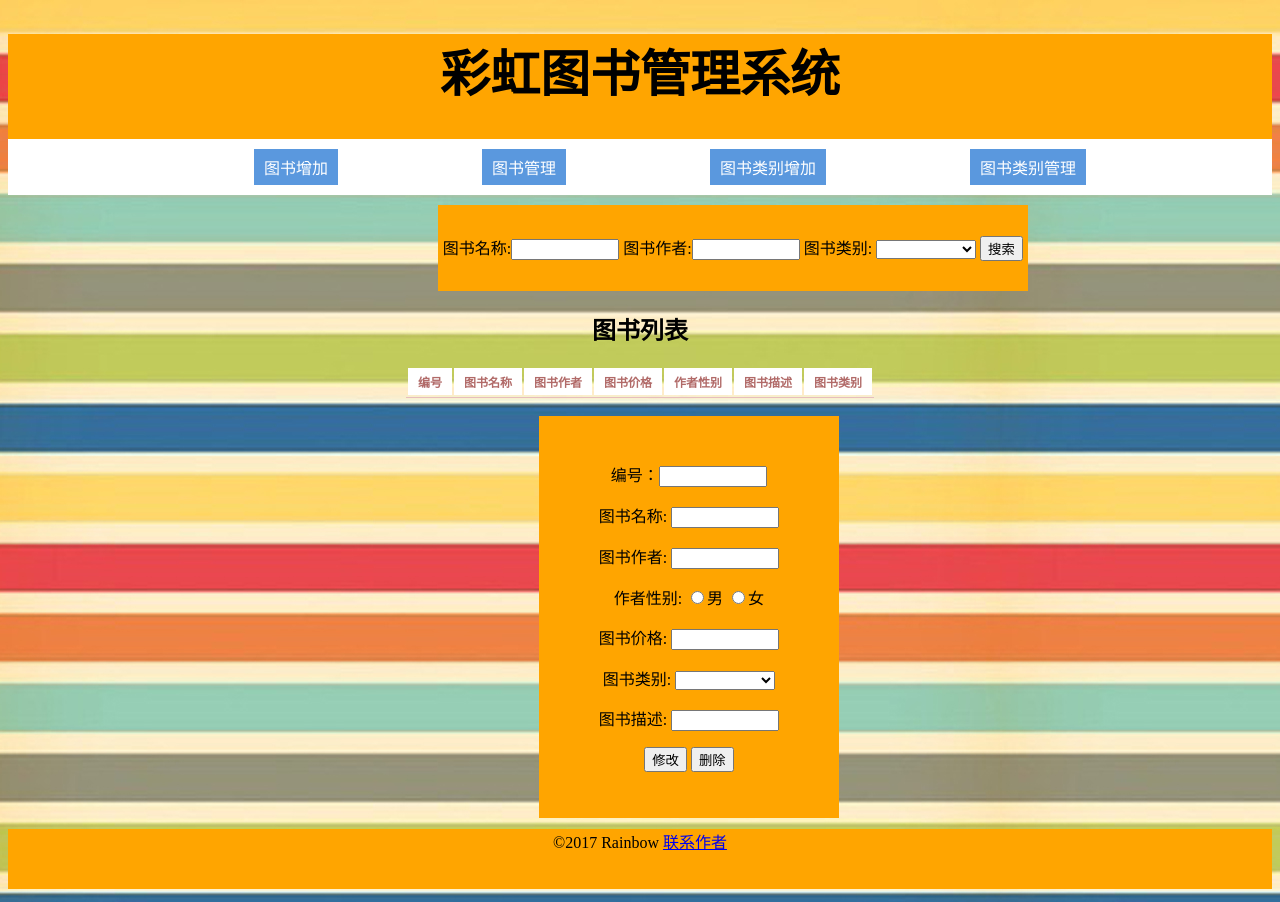
Repository: Rainbow-Chua/learningcode
Page: http://localhost/MyBookManager/BookManager.jsp
An editor plug-in stored every save of this project. The page is shown before and after the next save, followed by the edit.
The browser window is 1280 px wide. The pictures show the whole page.
The page is served by Tomcat 9. Other server files are loaded and not shown. Queries for data that is not in the repository find no rows.

Above is the page before, as saved 2017-11-23 13:29:11.

### MyBookManager/WebContent/BookManager.jsp
<%@ page language="java" contentType="text/html; charset=utf-8"
	pageEncoding="utf-8"%>
<%@ page language="java" import="java.util.*"%>
<%@ page import="java.sql.Connection"%>
<%@ page import="java.sql.ResultSet"%>
<%@ page import="com.rainbowpro.util.*"%>
<%@ page import="com.rainbowpro.dao.*"%>
<%@ page import="com.rainbowpro.model.*"%>
<!DOCTYPE html PUBLIC "-//W3C//DTD HTML 4.01 Transitional//EN" "http://www.w3.org/TR/html4/loose.dtd">
<html>
<head>
<style type="text/css">
div {
	text-align: center;
}

body {
	background-image: url("images/bgi.jpg");
	background-repeat: repeat;
}

h2 {
	text-align: center;
}
/* Border styles */
#table-2 thead, #table-2 tr {
	border-top-width: 1px;
	border-top-style: solid;
	border-top-color: rgb(230, 189, 189);
}

#table-2 tr:HOVER td {
	background-color: red;
}

#table-2 {
	border-bottom-width: 1px;
	border-bottom-style: solid;
	border-bottom-color: rgb(230, 189, 189);
}

/* Padding and font style */
#table-2 td, #table-2 th {
	padding: 5px 10px;
	font-size: 12px;
	font-family: Verdana;
	color: rgb(177, 106, 104);
}

/* Alternating background colors */
#table-2 tr:nth-child(even) {
	background: rgb(238, 211, 210)
}

#table-2 tr:nth-child(odd) {
	background: #FFF
}
</style>
</head>
<%@ include file="Headermain.jsp"%>
<body onload="IniEvent()">
	<div>
		<form action="bookmanager.do" method="get"
			style="background-color: orange; position: relative; width: 590px; left: 34%; padding-top: 30px; padding-bottom: 30px">
			<p style="display: inline;">
				图书名称:<input id="bookName" type="text" name="bookName"
					style="width: 100px;" />
			</p>
			<p style="display: inline;">
				图书作者:<input id="bookAuthor" type="text" name="bookAuthor"
					style="width: 100px;" />
			</p>
			<p style="display: inline;">
				图书类别: <select name="bookType" style="width: 100px;">
					<%
						DbUtil dbUtil = new DbUtil();
						BookTypeDao bookTypeDao = new BookTypeDao();
						Connection con = null;
						try {
							con = dbUtil.getCon();
							BookType bookType = null;
							ResultSet rs = bookTypeDao.list(con, new BookType());
							while (rs.next()) {
								bookType = new BookType();
								bookType.setId(rs.getInt("id"));
								bookType.setBookTypeName(rs.getString("bookTypeName"));
					%>
					<option
						value="<%=bookType.getBookTypeName()%>,<%=bookType.getId()%>"><%=bookType.getBookTypeName()%></option>
					<%
						}
						} catch (Exception e) {
							e.printStackTrace();
						} finally {
							try {
								dbUtil.close(con);
							} catch (Exception e) {
								e.printStackTrace();
							}
						}
					%>
				</select>
			</p>
			<p style="display: inline;">
				<input type="submit" value="搜索">
			</p>
		</form>
	</div>
	<%!ArrayList list = null;%>
	<%
		if (request.getAttribute("list") != null) {
			list = (ArrayList) request.getAttribute("list");
		}
	%>
	<h2 align="center">图书列表</h2>
	<table id="table-2" align="center">
		<tr>
			<th>编号</th>
			<th>图书名称</th>
			<th>图书作者</th>
			<th>图书价格</th>
			<th>作者性别</th>
			<th>图书描述</th>
			<th>图书类别</th>
		</tr>
		<%
			if (list != null) {
				for (int i = 0; i < list.size(); i++) {
					Book book = (Book) list.get(i);
		%>
		<tr>
			<th><%=book.getId()%></th>
			<th><%=book.getBookName()%></th>
			<th><%=book.getAuthor()%></th>
			<th><%=book.getPrice()%></th>
			<th><%=book.getSex()%></th>
			<th><%=book.getBookDesc()%></th>
			<th><%=book.getBookTypeName()%></th>
		</tr>
		<%
			}
		}
		%>
	</table>
	<br>
	<div>
		<form action="bookmanager.do" method="post"
			onsubmit="return checkForm(this);"
			style="background-color: orange; position: relative; left: 42%; width: 300px;padding-top: 30px; padding-bottom: 30px ">
			<p>
				编号：<input id="bookId" name="bookId" type="text" readonly="readonly" style="width: 100px;">
			</p>
			<p>
				图书名称: <input id="bookName1" type="text" name="bookName1"
					style="width: 100px;" />
			</p>
			<p>
				图书作者: <input id="bookAuthor1" type="text" name="bookAuthor1"
					style="width: 100px;" />
			</p>
			<p>
				作者性别: <label style="width: 100px;"><input id="male" name="Sex" type="radio" value="男 "/>男 </label> <label><input
					id="female" name="Sex" type="radio" value="女" />女 </label>
			</p>
			<p>
				图书价格: <input id="bookPrice1" type="text" name="bookPrice1"
					style="width: 100px;" />
			</p>
			<p>
				图书类别:
				<select id="bookType1" name="bookType1" style="width: 100px;">
				<%
				try{
					con = dbUtil.getCon();
					BookType bookType = null;
					ResultSet rs = bookTypeDao.list(con, new BookType());
					while(rs.next()){
						bookType = new BookType();
						bookType.setId(rs.getInt("id"));
						bookType.setBookTypeName(rs.getString("bookTypeName"));
				%>
						<option value="<%= bookType.getBookTypeName()%>,<%= bookType.getId()%>"><%= bookType.getBookTypeName() %></option>
				<%
					}
				}catch(Exception e){
					e.printStackTrace();
				}finally{
					try {
						dbUtil.close(con);
					} catch (Exception e) {
						e.printStackTrace();
					}
				}
				%>
				</select>
			</p>
			<p>
				图书描述: <input id="bookDec1" type="text" name="bookDec1" style="width: 100px;">
			</p>


			<p>
				<input type="submit" name="modify" value="修改"> <input type="submit" name="delete" value="删除">
			</p>
		</form>
	</div>
	<script type="text/javascript">
		function IniEvent() {
			var tbl = document.getElementById("table-2");
			var trs = tbl.getElementsByTagName("tr");
			for (var i = 0; i < trs.length; i++) {
				trs[i].onclick = TrOnClick;
			}
		}
		function TrOnClick() {
			var tbl = document.getElementById("table-2");
			var trs = tbl.getElementsByTagName("tr");
			for (var i = 1; i < trs.length; i++) {
				if (trs[i] == this) { //判断是不是当前选择的行
					trs[i].style.background = "yellow";
					var x=document.getElementById('table-2').rows[i].cells;
					document.getElementById("bookId").setAttribute("value", x[0].innerHTML);
					document.getElementById("bookName1").setAttribute("value", x[1].innerHTML);
					document.getElementById("bookAuthor1").setAttribute("value", x[2].innerHTML);
					document.getElementById("bookPrice1").setAttribute("value", x[3].innerHTML);
					//alert(x[4].innerHTML);
					var male = "男";
					if(x[4].innerHTML == male){
						document.getElementById("male").checked = true;
						document.getElementById("female").checked = false;
					} else {
						document.getElementById("female").checked = true;
						document.getElementById("male").checked = false;
					}
					document.getElementById("bookDec1").setAttribute("value", x[5].innerHTML);
					var all_options = document.getElementById("bookType1").options;
					for (var q=0; q<all_options.length; q++){
					     if (all_options[q].value.indexOf(x[6].innerHTML) >= 0){
					        all_options[q].selected = true;
					     }
					}
				} else {
					if(i%2 == 0){
						trs[i].style.background = "white";
					} else {
						trs[i].style.background = "rgb(238, 211, 210)";
					}
				}
			}
		}
	</script>
</body>
<%@ include file="Footer.jsp"%>
</html>

### MyBookManager/WebContent/Headermain.jsp
<%@ page language="java" contentType="text/html; charset=utf-8"
	pageEncoding="utf-8"%>
<!DOCTYPE html PUBLIC "-//W3C//DTD HTML 4.01 Transitional//EN" "http://www.w3.org/TR/html4/loose.dtd">
<html>
<head>
<style type="text/css">
.h {
	width: 100%;
	background: orange;
	color: black;
	text-align: center;
	text-shadow: silver;
}
.menus {
    z-index: 2;
    margin: 10px 0;
    background: #fff;
}
.g-gc {
    display: inline-block;
    vertical-align: top;
    margin: 10px;
    margin-left: 130px;
    padding:6px;
    padding-left: 10px;
    padding-right: 10px;
    background: #5a98de;
    position:relative;
    right: 50px;
}
.a-1 {
    color: #fff;
    text-decoration: none;
    outline: 0;
}
.a-1:HOVER {
	text-decoration: underline;
}
</style>
</head>
<body>
	<div class="h">
		<h1 style="font-size: 50px; font-weight: bold; color: black;">彩虹图书管理系统</h1>
		<ul class="menus">
			<li class="g-gc"><a href="addBook.jsp" class="a-1">图书增加</a></li>
			<li class="g-gc"><a href="BookManager.jsp" class="a-1">图书管理</a></li>
			<li class="g-gc"><a href="addBookType.jsp" class="a-1">图书类别增加</a></li>
			<li class="g-gc"><a href="BookTypeManager.jsp" class="a-1">图书类别管理</a></li>
		</ul>
	</div>
</body>
</html>

### MyBookManager/WebContent/Footer.jsp
<%@ page language="java" contentType="text/html; charset=utf-8"
    pageEncoding="utf-8"%>
<!DOCTYPE html PUBLIC "-//W3C//DTD HTML 4.01 Transitional//EN" "http://www.w3.org/TR/html4/loose.dtd">
<html>
<head>
<style type="text/css">
.f {
	width: 100%;
	height: 60px;
	background: orange;
	color: black;
	text-align: center;
	text-shadow: silver;
	position: relative;
	bottom: 5px;
}
</style>
</head>
<body>
	<div class="f">
		<p id="cp">©2017&nbsp;Rainbow&nbsp;<a href="mailto:caihong@stu.shmtu.edu.cn">联系作者</a></p>
	</div>
</body>
</html>

### MyBookManager/src/com/rainbowpro/model/BookType.java
package com.rainbowpro.model;

public class BookType {

	private int id;
	private String bookTypeName;
	private String bookTypeDesc;

	public BookType() {
		super();
		// TODO Auto-generated constructor stub
	}
	public BookType(String bookTypeName, String bookTypeDesc) {
		super();
		this.bookTypeName = bookTypeName;
		this.bookTypeDesc = bookTypeDesc;
	}

	public BookType(int id, String bookTypeName, String bookTypeDesc) {
		super();
		this.id = id;
		this.bookTypeName = bookTypeName;
		this.bookTypeDesc = bookTypeDesc;
	}
	public int getId() {
		return id;
	}
	public void setId(int id) {
		this.id = id;
	}
	public String getBookTypeName() {
		return bookTypeName;
	}
	public void setBookTypeName(String bookTypeName) {
		this.bookTypeName = bookTypeName;
	}
	public String getBookTypeDesc() {
		return bookTypeDesc;
	}
	public void setBookTypeDesc(String bookTypeDesc) {
		this.bookTypeDesc = bookTypeDesc;
	}
	@Override
	public String toString() {
		return bookTypeName;
	}

}

### MyBookManager/src/com/rainbowpro/util/StringUtil.java
package com.rainbowpro.util;
/**
 * 俚륜눔묏야잚
 * @author Useradmin
 *
 */
public class StringUtil {

	public static boolean isEmpty(String str){
		if(str == null || "".equals(str.trim())){
			return true;
		}else{
			return false;
		}
	}

	public static boolean isNotEmpty(String str){
		if(str != null && !"".equals(str)){
			return true;
		}else{
			return false;
		}
	}
}

After the next save:
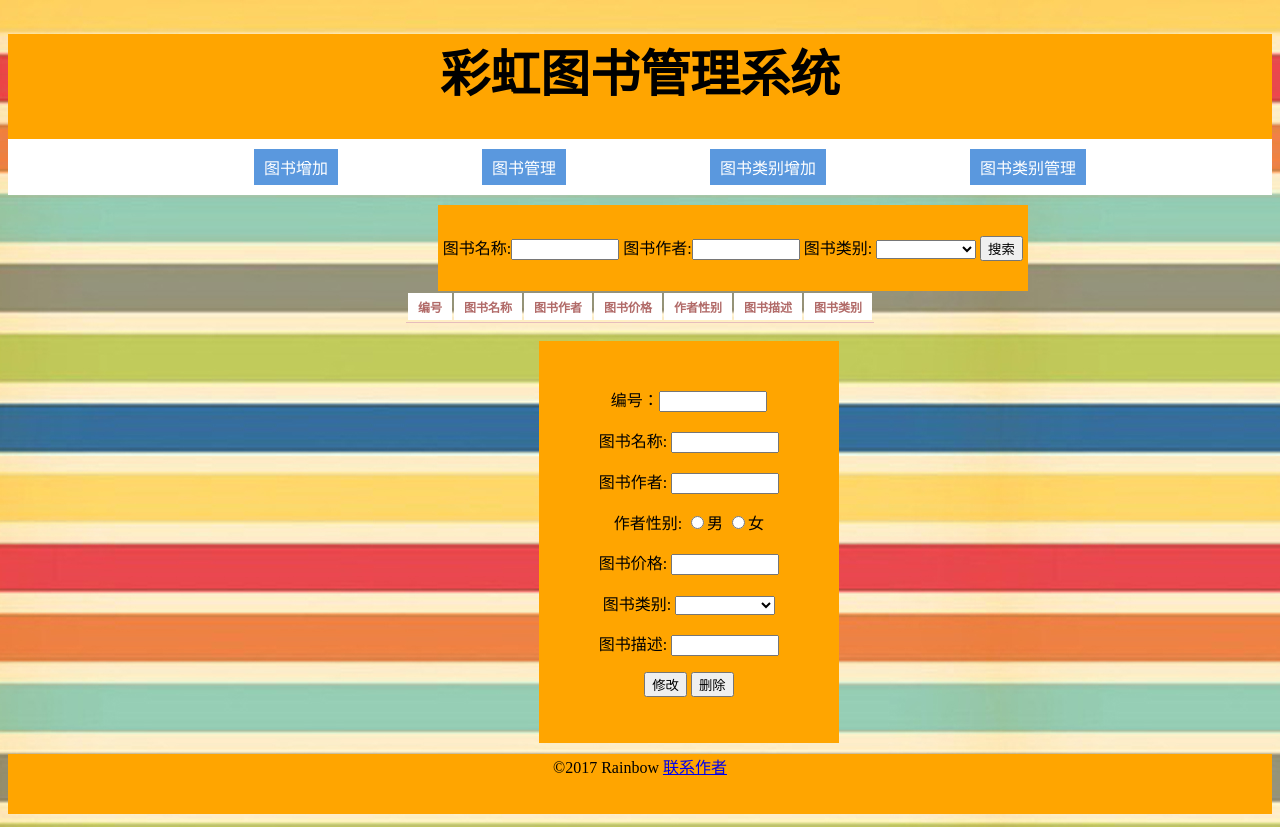
Saved 4 min 48 s later.
--- a/MyBookManager/WebContent/BookManager.jsp
+++ b/MyBookManager/WebContent/BookManager.jsp
@@ -112,7 +112,6 @@ h2 {
 			list = (ArrayList) request.getAttribute("list");
 		}
 	%>
-	<h2 align="center">图书列表</h2>
 	<table id="table-2" align="center">
 		<tr>
 			<th>编号</th>
